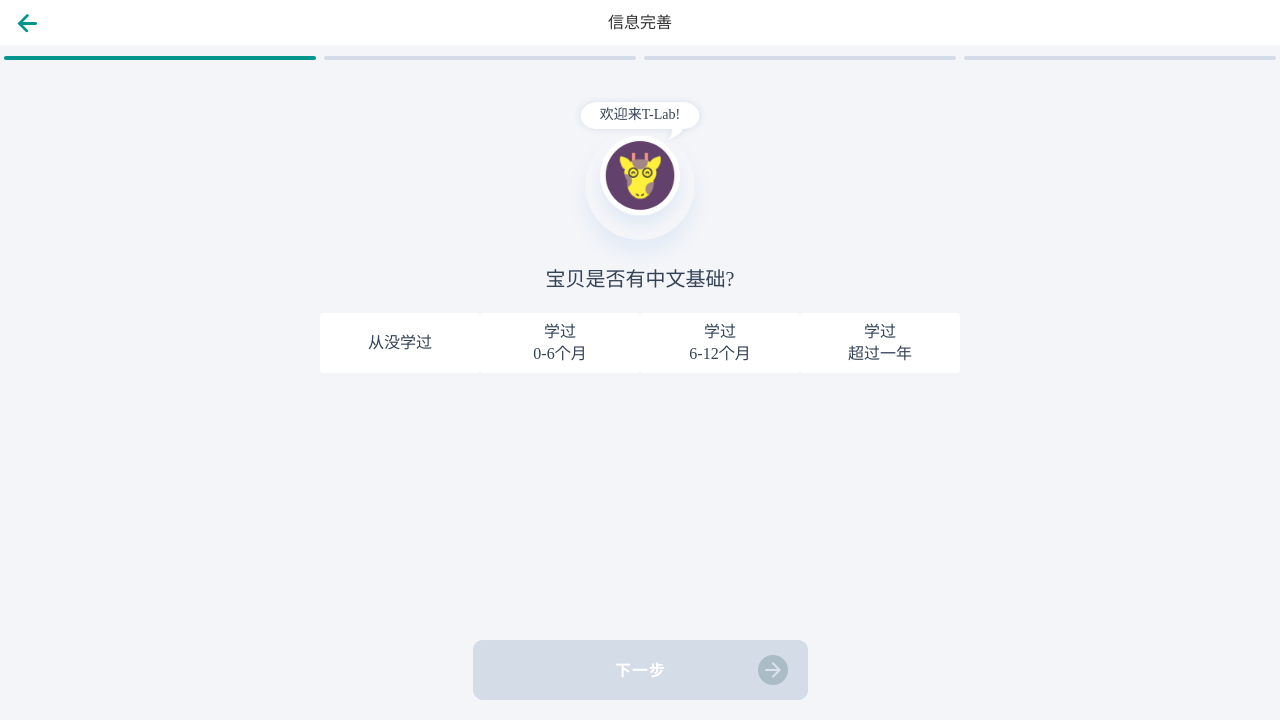
Repository: huangjf1/1
Page: /
An editor plug-in stored every save of this project. The page is shown before and after the next save, followed by the edit.
The browser window is 1280 px wide. The pictures show the whole page.
The project was rebuilt for these pictures with package versions that can differ from the ones it lists, and the page was loaded fresh each time. Also part of the build but not shown: vue.config.js.

Above is the page before, as saved 2021-08-24 12:15:02.

After the next save:
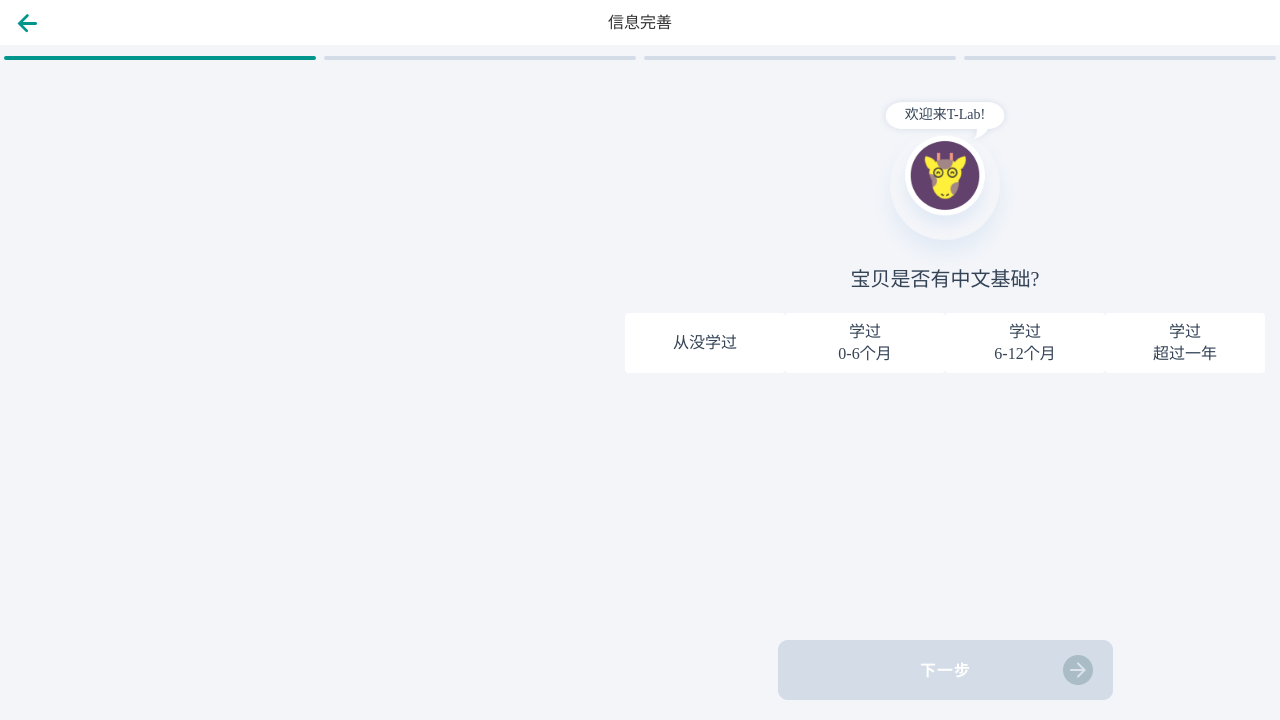
Saved 2 min 21 s later.
--- a/src/views/index.vue
+++ b/src/views/index.vue
@@ -227,13 +227,14 @@ export default {
         display: none;
       }
       .pageOne {
+        max-width: 670px;
         position: relative;
         display: flex;
         flex-direction: column;
         .pageOneDesc{
           flex: 1;
-        }
-
+          max-width: 670px;
+        }
         .nameDesc {
           text-align: center;
           color: #344356;
@@ -321,8 +322,9 @@ export default {
       .pageThree {
         display: flex;
         flex-direction: column;
+        max-width: 670px;
         .select-age {
-          width: 335px;
+          max-width: 670px;
           flex: 1;
           margin: 0 auto;
           >p{
